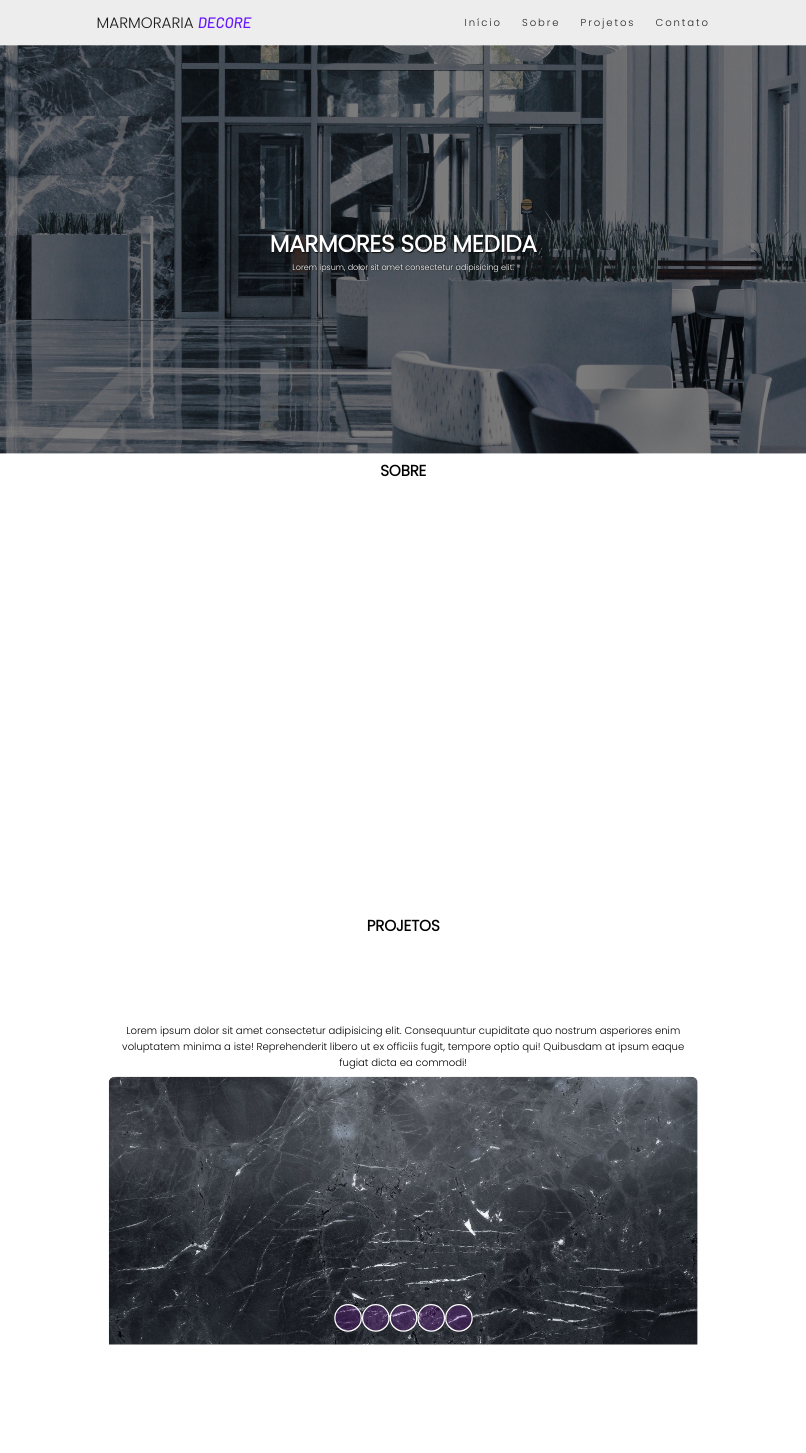
Repository: XFERRER7/projeto-xt7
Page: projetoMarmoraria/index.html
These files come from the project's save history. The page is drawn as it stood at one moment and after the next save; the edit follows.
The browser window is 1280 px wide. The pictures show the whole page, at 63% of full size.

Above is the page before, as saved 2022-04-21 17:29:15.

After the next save:
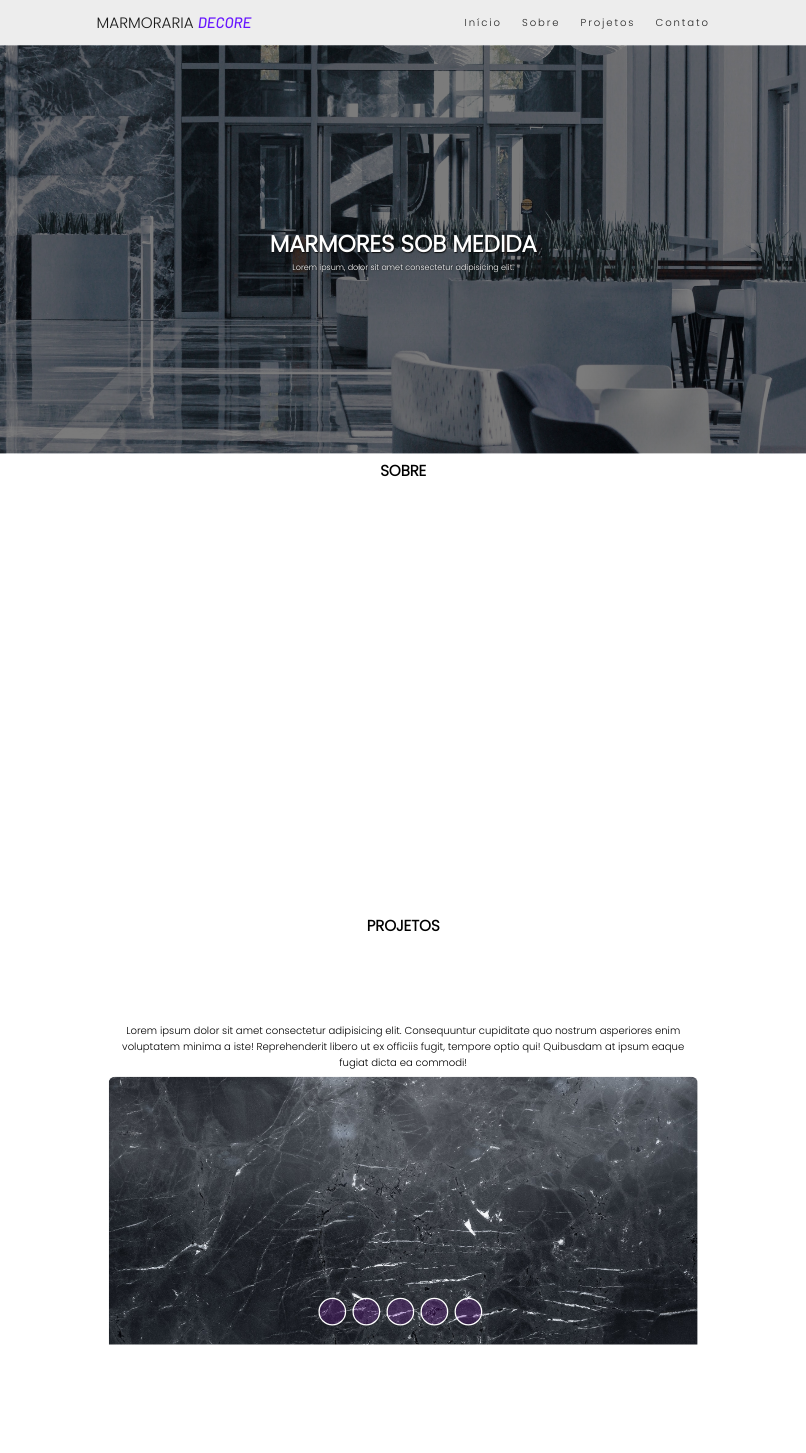
Saved 7 s later.
--- a/projetoMarmoraria/css/style.css
+++ b/projetoMarmoraria/css/style.css
@@ -240,7 +240,7 @@ main {
   border-radius: 50%;
   cursor: pointer;
   transition: .4s;
-  margin: 0px ;
+  margin: 0px 10px 10px 0px;
 }
 
 .bar:hover {
